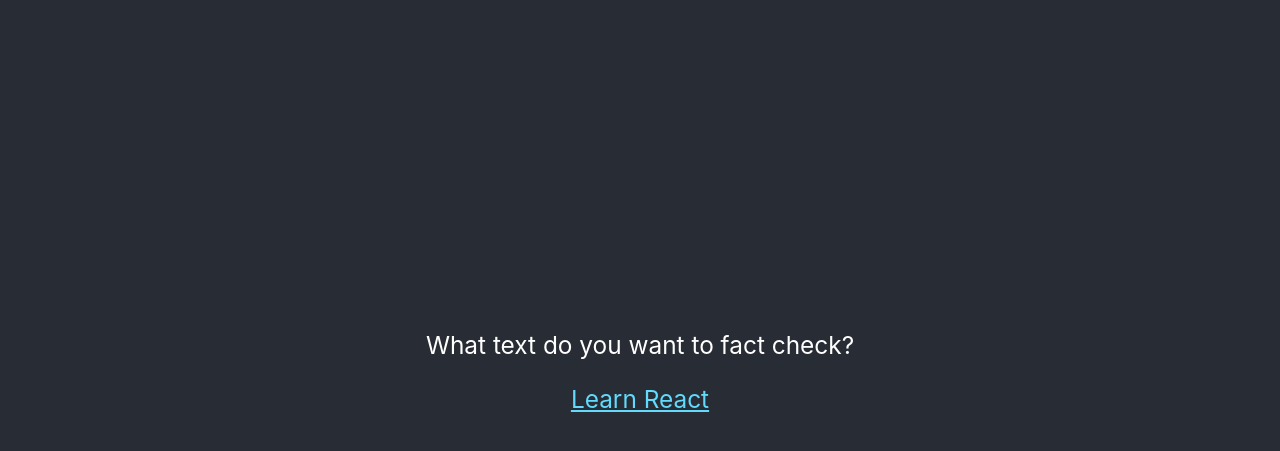
Repository: alkalox/FakeNews
Page: /
The author's editor kept a copy of each file at every save. The page is drawn from the files as they stood at one save, then again after the next save.
The browser window is 1280 px wide. The pictures show the whole page.
The project was rebuilt for these pictures with package versions that can differ from the ones it lists, and the page was loaded fresh each time.

Above is the page before, as saved 2019-04-19 21:12:20.

After the next save:
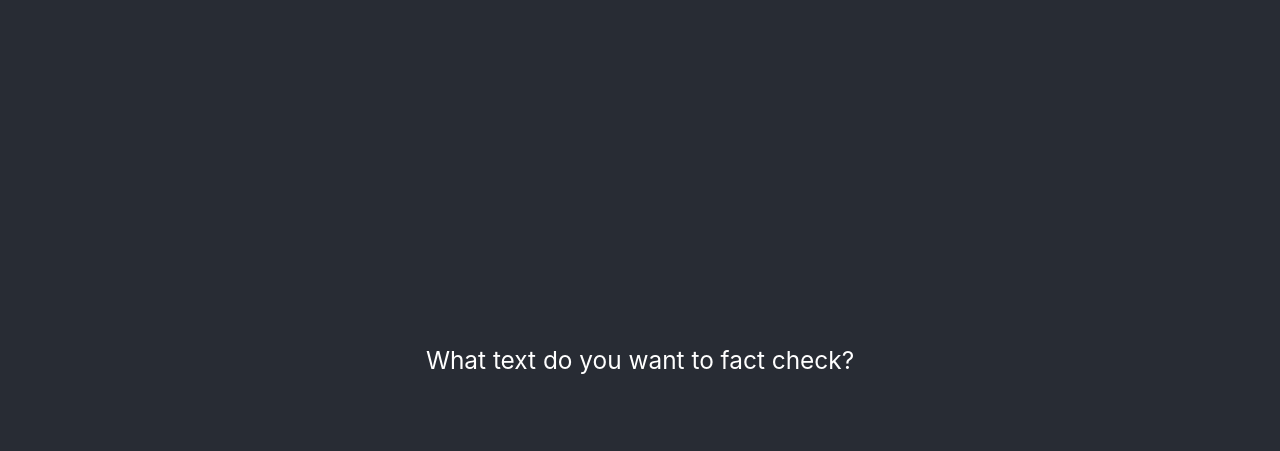
Saved 20 s later.
--- a/src/App.js
+++ b/src/App.js
@@ -10,14 +10,6 @@ class App extends Component {
           <p>
             What text do you want to fact check?
           </p>
-          <a
-            className="App-link"
-            href="https://reactjs.org"
-            target="_blank"
-            rel="noopener noreferrer"
-          >
-            Learn React
-          </a>
         </header>
       </div>
     );
